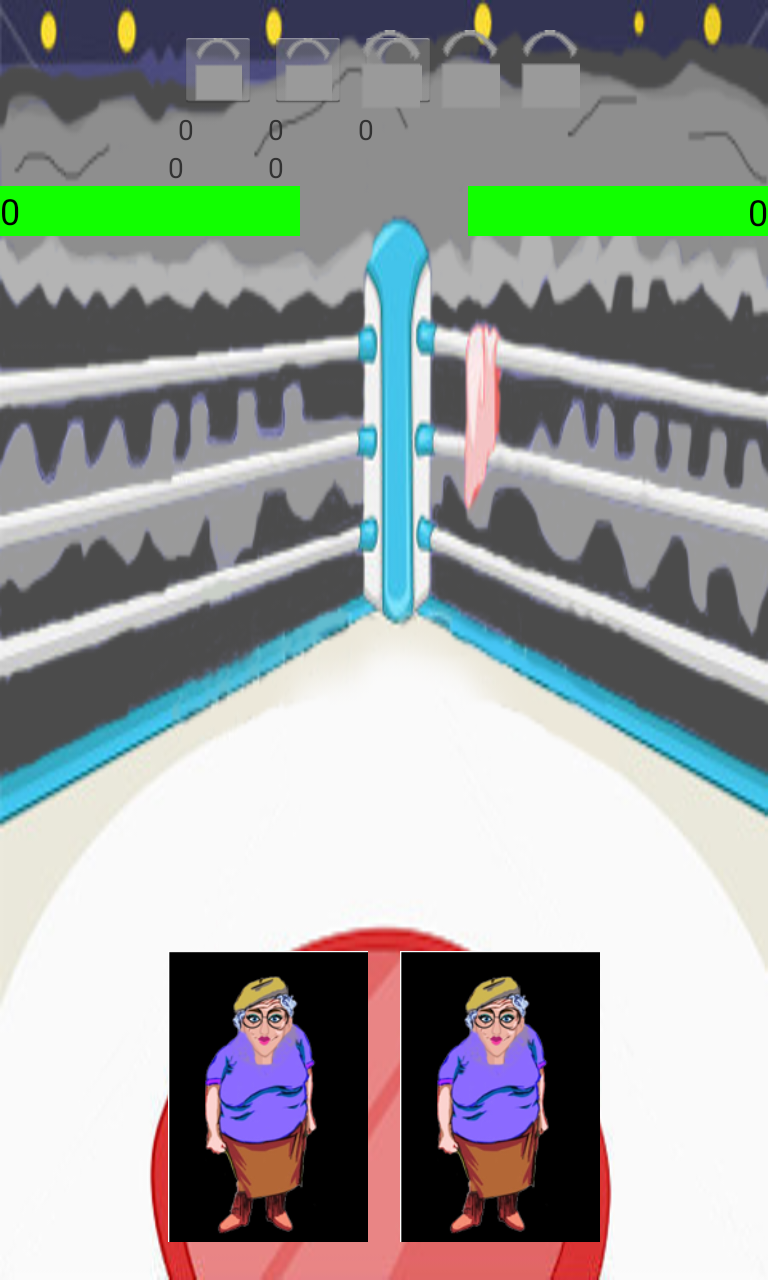
Repository: KrzysztofWolinski/WiesFight_Project
Layout: WiesFight/res/layout/activity_fight.xml
An editor plug-in stored every save of this project. The layout is shown before and after the next save, followed by the edit.
It is drawn on a 768 x 1280 px phone screen (xhdpi) without system bars, with theme AppTheme; the app's code is not run. The app's manifest (not shown) leaves right-to-left support off. So textAlignment, textDirection and layoutDirection are ignored, and left and right values win over start and end ones.

Above is the layout before, as saved 2015-01-11 21:31:30.

After the next save:
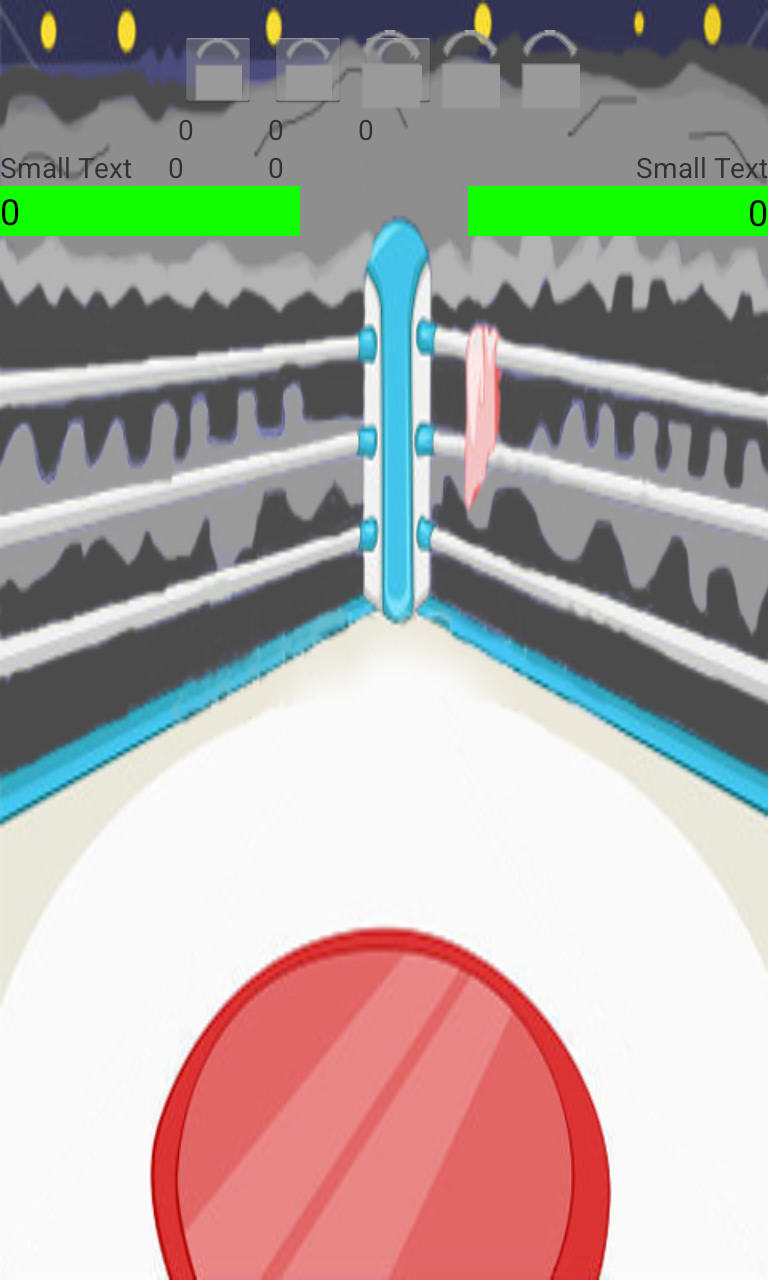
Saved 5 min 43 s later.
--- a/WiesFight/res/layout/activity_fight.xml
+++ b/WiesFight/res/layout/activity_fight.xml
@@ -1,5 +1,6 @@
 <RelativeLayout xmlns:android="http://schemas.android.com/apk/res/android"
     xmlns:tools="http://schemas.android.com/tools"
+    android:id="@+id/txtPlayer"
     android:layout_width="match_parent"
     android:layout_height="match_parent"
     android:background="@drawable/ring"
@@ -26,21 +27,21 @@
 
     <ImageView
         android:id="@+id/opponentCharacter"
-        android:layout_width="100dp"
-        android:layout_height="wrap_content"
+        android:layout_width="wrap_content"
+        android:layout_height="180dp"
         android:layout_alignTop="@+id/userCharacter"
         android:layout_toLeftOf="@+id/imgAvatarOpponent"
         android:onClick="onPressAttackButton"
-        android:src="@drawable/moher_big" />
+        android:scaleType="fitEnd" />
 
     <ImageView
         android:id="@+id/userCharacter"
-        android:layout_width="100dp"
-        android:layout_height="wrap_content"
+        android:layout_width="wrap_content"
+        android:layout_height="180dp"
         android:layout_alignParentBottom="true"
         android:layout_marginBottom="16dp"
         android:layout_toRightOf="@+id/imgAvatarUser"
-        android:src="@drawable/moher_big" />
+        android:scaleType="fitStart" />
 
     <ImageButton
         android:id="@+id/userDefenseItem"
@@ -196,4 +197,22 @@
         android:textAppearance="?android:attr/textAppearanceLarge"
         android:textColor="#FF0000" />
 
+    <TextView
+        android:id="@+id/txtPlayer"
+        android:layout_width="wrap_content"
+        android:layout_height="wrap_content"
+        android:layout_alignBottom="@+id/userAttackItemDuration"
+        android:layout_alignParentLeft="true"
+        android:text="Small Text"
+        android:textAppearance="?android:attr/textAppearanceSmall" />
+
+    <TextView
+        android:id="@+id/txtOpponent"
+        android:layout_width="wrap_content"
+        android:layout_height="wrap_content"
+        android:layout_alignParentRight="true"
+        android:layout_below="@+id/userMiscItemCount"
+        android:text="Small Text"
+        android:textAppearance="?android:attr/textAppearanceSmall" />
+
 </RelativeLayout>
